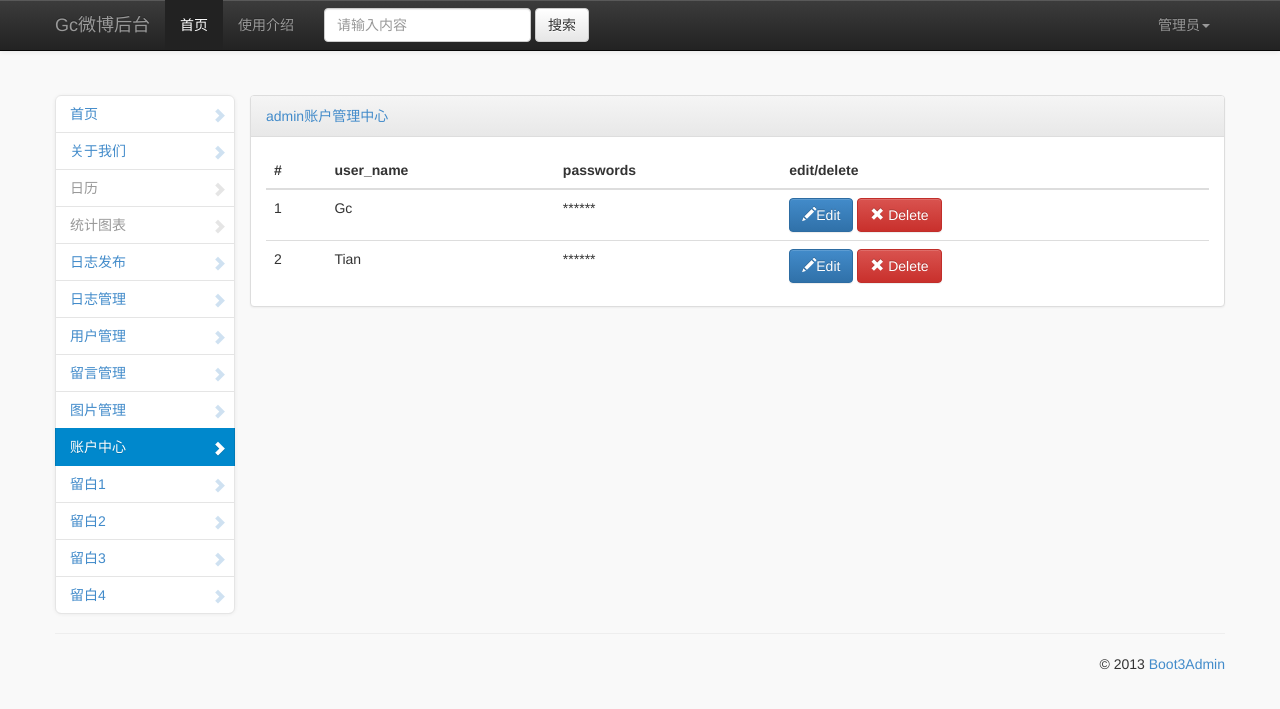
Repository: SUT-GC/myblog
Page: http://localhost/myblog/jsp/back/back_admin_information.jsp
These files come from the project's save history. The page is drawn as it stood at one moment and after the next save; the edit follows.
The browser window is 1280 px wide. The pictures show the whole page.
Some web libraries are served in a nearby version. The page is served by Tomcat 9. Nobody is signed in. The application's start-up code is not run. Other server files are loaded and not shown.

Above is the page before, as saved 2015-09-20 02:55:24.

### javaee_workspace/myblog/WebContent/jsp/back/back_admin_information.jsp
<%@ page language="java" contentType="text/html; charset=utf-8"
    pageEncoding="utf-8"%>
<!DOCTYPE html PUBLIC "-//W3C//DTD HTML 4.01 Transitional//EN" "http://www.w3.org/TR/html4/loose.dtd">
<html>
<head>
<meta http-equiv="Content-Type" content="text/html; charset=utf-8">
<title>admin账户管理中心</title>
        <meta name="viewport" content="width=device-width, initial-scale=1.0">

        <!-- Bootstrap -->
        <link href="css/bootstrap.min.css" rel="stylesheet" media="screen">
        <link href="css/bootstrap-theme.min.css" rel="stylesheet" media="screen">

        <!-- Bootstrap Admin Theme -->
        <link href="css/bootstrap-admin-theme.css" rel="stylesheet" media="screen">

        <!-- Vendors -->
        <!-- (...) -->

        <!-- HTML5 shim and Respond.js IE8 support of HTML5 elements and media queries -->
        <!--[if lt IE 9]>
           <script type="text/javascript" src="js/html5shiv.js"></script>
           <script type="text/javascript" src="js/respond.min.js"></script>
        <![endif]-->
</head>
<body class="bootstrap-admin-with-small-navbar">
       <nav class="navbar navbar-default navbar-inverse navbar-fixed-top " role="navigation">
     <div class="container">
       <div class="row">
          <!-- Brand and toggle get grouped for better mobile display -->
          <div class="navbar-header">
            <button type="button" class="navbar-toggle" data-toggle="collapse" data-target="#bs-example-navbar-collapse-1">
              <span class="sr-only">Toggle navigation</span>
              <span class="icon-bar"></span>
              <span class="icon-bar"></span>
              <span class="icon-bar"></span>
            </button>
            <a class="navbar-brand" href="#">Gc微博后台</a>
          </div>
          <!-- Collect the nav links, forms, and other content for toggling -->
          <div class="collapse navbar-collapse" id="bs-example-navbar-collapse-1">
            <ul class="nav navbar-nav">
              <li class="active"><a href="#">首页</a></li>
              <li ><a href="back_help.html">使用介绍</a></li>
            </ul>
            <form class="navbar-form navbar-left" role="search">
              <div class="form-group">
                <input type="text" class="form-control" placeholder="请输入内容">
              </div>
              <button type="submit" class="btn btn-default">搜索</button>
            </form>
            <ul class="nav navbar-nav navbar-right">
              <li class="dropdown">
                <a href="#" class="dropdown-toggle" data-toggle="dropdown">管理员<b class="caret"></b></a>
                <ul class="dropdown-menu">
                  <li><a href="../nav/index.html">退出登录</a></li>
                </ul>
              </li>
            </ul>
          </div><!-- /.navbar-collapse -->
          </div>
          </div>
        </nav>

        <div class="container">
            <!-- left, vertical navbar & content -->
            <div class="row">
                <!-- left, vertical navbar -->
                <div class="col-md-2 bootstrap-admin-col-left">
                     <ul class="nav navbar-collapse collapse bootstrap-admin-navbar-side">
                         <li >
                            <a href="back_index.html"><i class="glyphicon glyphicon-chevron-right"></i> 首页</a>
                        </li>
                        <li >
                            <a href="back_about.html"><i class="glyphicon glyphicon-chevron-right"></i> 关于我们</a>
                        </li>
                        <li class="disabled">
                            <a href="#"><i class="glyphicon glyphicon-chevron-right"></i> 日历</a><!-- calendar.html -->
                        </li>
                        <li class="disabled">
                            <a href="#"><i class="glyphicon glyphicon-chevron-right"></i> 统计图表</a><!-- stats.html -->
                        </li>
                        <li>
                            <a href="back_journal_release.html"><i class="glyphicon glyphicon-chevron-right"></i> 日志发布</a>
                        </li>
                        <li>
                            <a href="back_journal_admin.html"><i class="glyphicon glyphicon-chevron-right"></i> 日志管理</a>
                        </li>
                        <li>
                            <a href="back_users.html"><i class="glyphicon glyphicon-chevron-right"></i> 用户管理</a>
                        </li>
                        <li>
                            <a href="back_message.html"><i class="glyphicon glyphicon-chevron-right"></i> 留言管理</a>
                        </li>
                        <li>
                            <a href="back_image.html"><i class="glyphicon glyphicon-chevron-right"></i> 图片管理</a>
                        </li>
                        <li class="active">
                            <a href="back_admin_information.html"><i class="glyphicon glyphicon-chevron-right"></i> 账户中心</a>
                        </li>
                        <li>
                            <a href="#"><i class="glyphicon glyphicon-chevron-right"></i> 留白1</a>
                        </li>
                        <li>
                            <a href="#"><i class="glyphicon glyphicon-chevron-right"></i> 留白2</a>
                        </li>
                        <li>
                            <a href="#"><i class="glyphicon glyphicon-chevron-right"></i> 留白3</a>
                        </li>
                        <li>
                            <a href="#"><i class="glyphicon glyphicon-chevron-right"></i> 留白4</a>
                        </li>
                    </ul>
                </div>

                <!-- content -->
                <div class="col-md-10">
                    <div class="row">
                        <div class="panel panel-default">
                            <div class="panel-heading">
                                <div class="text-muted bootstrap-admin-box-title"><a href="#">admin账户管理中心</a></div>
                            </div>
                              <div class="bootstrap-admin-panel-content">
                                <table class="table table-hover">
                                      <thead>
                                          <tr>
                                              <th>#</th>
                                              <th>user_name</th>
                                              <th>passwords</th>
                                              <th>edit/delete</th>
                                          </tr>
                                      </thead>
                                      <tbody>
                                          <tr>
                                              <td>1</td>
                                              <td>Gc</td>
                                              <td>******</td>
                                              <td><a href="back_admin_edit.html"><button class="btn btn-primary button_edit"><i class="glyphicon glyphicon-pencil glyphicon-white"></i>Edit</button></a>
                                              <button class="btn btn-danger button_delete"><i class="glyphicon glyphicon-remove glyphicon-white"></i> Delete</button></td>
                                          </tr>
                                          <tr>
                                              <td>2</td>
                                              <td>Tian</td>
                                              <td>******</td>
                                              <td><a href="back_admin_edit.html"><button class="btn btn-primary button_edit"><i class="glyphicon glyphicon-pencil glyphicon-white"></i>Edit</button></a>
                                              <button class="btn btn-danger button_delete"><i class="glyphicon glyphicon-remove glyphicon-white"></i> Delete</button></td>
                                          </tr>
                                      </tbody>
                                  </table>
                                </div>
                            </div>
                    </div>
                </div>
            </div>

            <div class="row">
                <hr>
                <footer role="contentinfo">
                    <p>&copy; 2013 <a href="#" target="_blank">Boot3Admin</a></p>
                </footer>
            </div>
        </div>

        <script type="text/javascript" src="http://code.jquery.com/jquery-2.0.3.min.js"></script>
        <script type="text/javascript" src="js/bootstrap.min.js"></script>
    </body>
</html>

Loaded but not shown: javaee_workspace/myblog/WebContent/jsp/back/css/bootstrap.min.css (library); javaee_workspace/myblog/WebContent/jsp/back/css/bootstrap-theme.min.css (library); javaee_workspace/myblog/WebContent/jsp/back/css/bootstrap-admin-theme.css (library); javaee_workspace/myblog/WebContent/jsp/back/js/bootstrap.min.js (library)

After the next save:
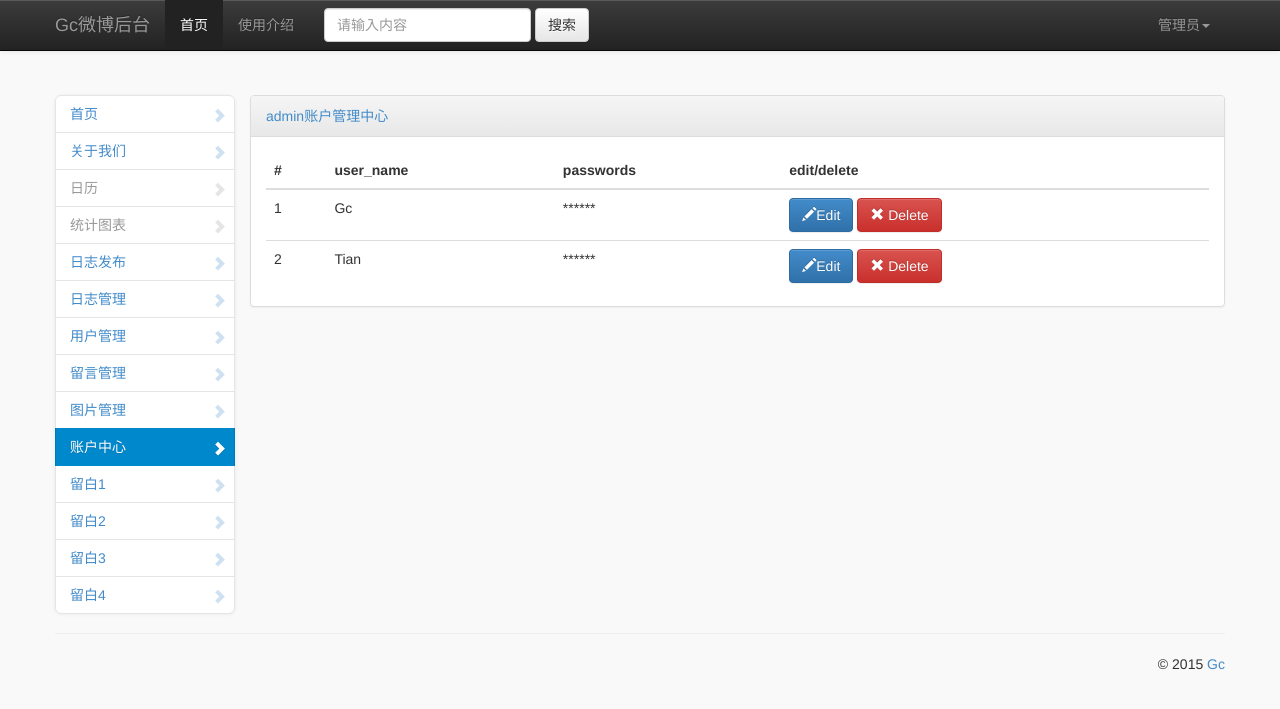
Saved 7 s later.
--- a/javaee_workspace/myblog/WebContent/jsp/back/back_admin_information.jsp
+++ b/javaee_workspace/myblog/WebContent/jsp/back/back_admin_information.jsp
@@ -156,7 +156,7 @@
             <div class="row">
                 <hr>
                 <footer role="contentinfo">
-                    <p>&copy; 2013 <a href="#" target="_blank">Boot3Admin</a></p>
+                    <p>&copy; 2015 <a href="#" target="_blank">Gc</a></p>
                 </footer>
             </div>
         </div>
